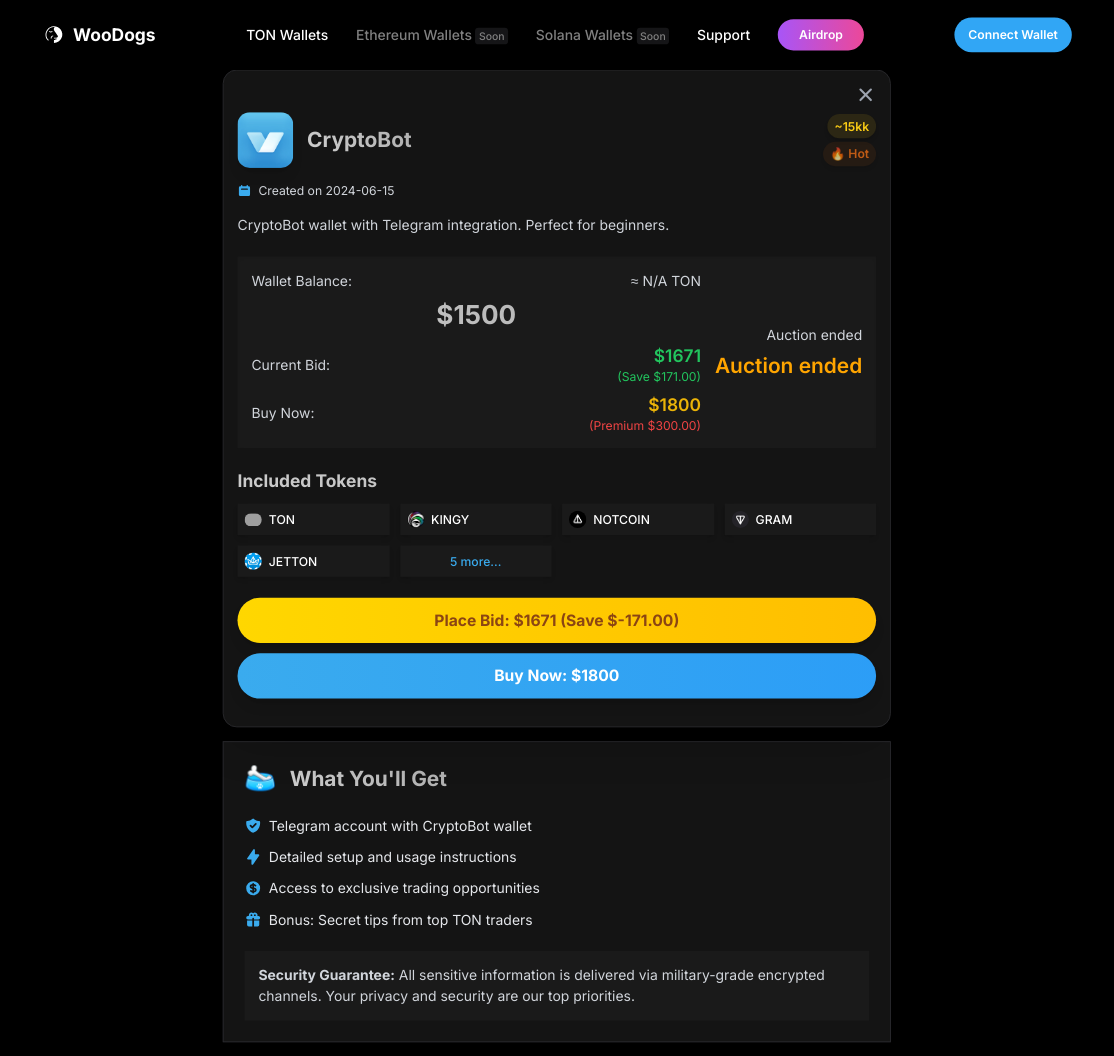
Repository: itititi/woofdogs_off
Page: /wallet/cryptobot-1
An editor plug-in stored every save of this project. The page is shown before and after the next save, followed by the edit.
The browser window is 1280 px wide. The pictures show the whole page, at 87% of full size.
Pictures or frames that could not be fetched are drawn as grey boxes. The page's requests for data from a server got no answer. The project was rebuilt for these pictures with package versions that can differ from the ones it lists, and the page was loaded fresh each time. The framework's server and built-in components were replaced by stand-ins that run in the browser. No one was signed in, and anything a server would have sent is missing. Also part of the build but not shown: next.config.mjs.

Above is the page before, as saved 2024-10-25 22:43:40.

After the next save:
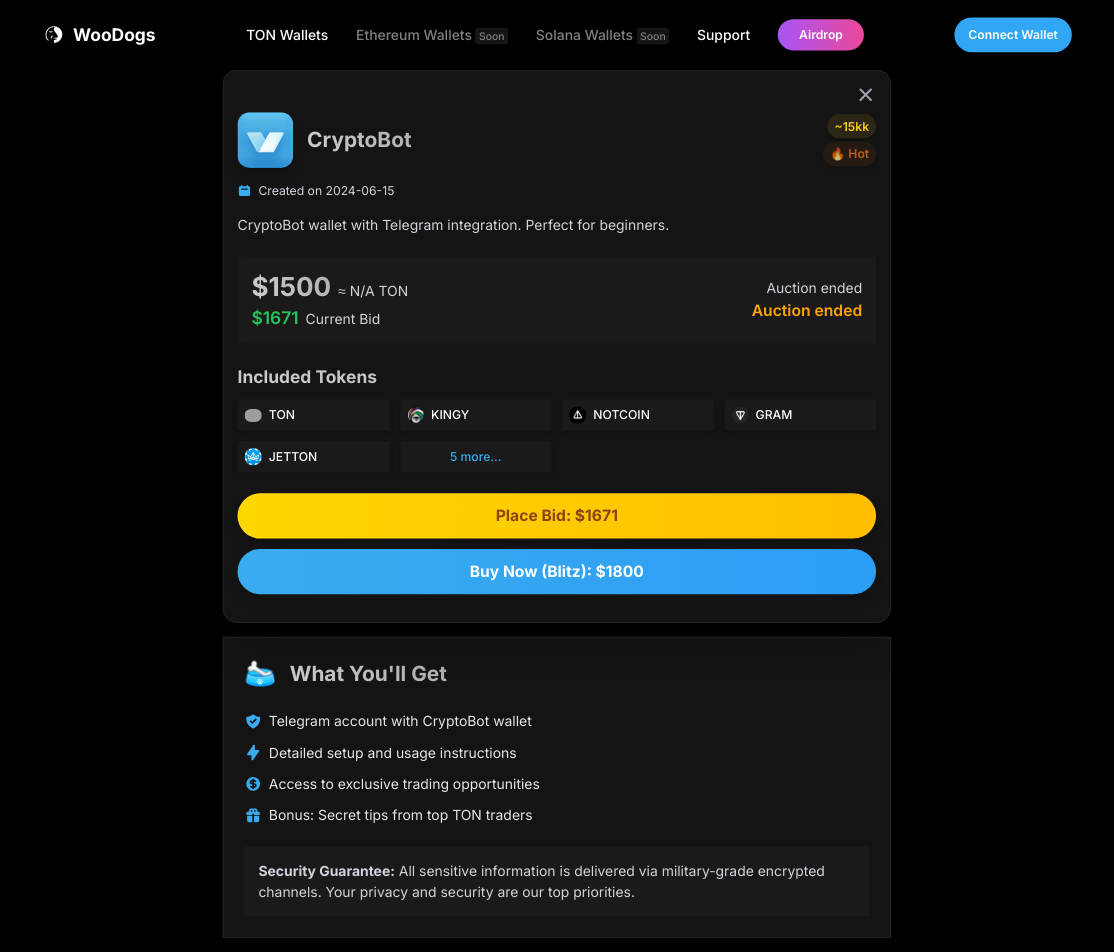
Saved 40 s later.
--- a/src/app/wallet/[id]/page.tsx
+++ b/src/app/wallet/[id]/page.tsx
@@ -182,43 +182,26 @@
 
             <p className="text-gray-300 text-base mb-6 leading-relaxed">{wallet.description}</p>
 
-            <div className="flex flex-col sm:flex-row sm:justify-between sm:items-stretch mb-6 bg-[#1A1A1A] p-4 rounded-lg shadow-inner">
-              <div className="mb-2 sm:mb-0 flex-1">
-                <div className="flex justify-between mb-2">
-                  <span className="text-sm sm:text-base text-gray-300">Wallet Balance:</span>
-                  <span className="text-sm sm:text-base text-gray-300">≈ {tonAmount} TON</span>
+            <div className="flex flex-col sm:flex-row sm:justify-between sm:items-center mb-6 bg-[#1A1A1A] p-4 rounded-lg shadow-inner">
+              <div className="mb-2 sm:mb-0">
+                <div>
+                  <span className="text-2xl sm:text-3xl font-bold titanium-gradient">${wallet.priceUSD}</span>
+                  <span className="text-sm sm:text-base text-gray-300 ml-2">
+                    ≈ {tonAmount} TON
+                  </span>
                 </div>
-                <div className="text-2xl sm:text-3xl font-bold titanium-gradient text-center mb-4">
-                  ${wallet.priceUSD}
+                <div className="mt-1">
+                  <span className="text-lg sm:text-xl font-semibold text-green-500">${bidPrice}</span>
+                  <span className="text-sm sm:text-base text-gray-300 ml-2">
+                    Current Bid
+                  </span>
                 </div>
-                <div className="flex justify-between items-center mb-2">
-                  <span className="text-sm sm:text-base text-gray-300">Current Bid:</span>
-                  <div className="text-right">
-                    <span className="text-lg sm:text-xl font-semibold text-green-500">${bidPrice ?? 'N/A'}</span>
-                    {bidPrice !== null && wallet && (
-                      <div className="text-sm text-green-500">
-                        (Save ${(bidPrice - wallet.priceUSD).toFixed(2)})
-                      </div>
-                    )}
-                  </div>
-                </div>
-                <div className="flex justify-between items-center">
-                  <span className="text-sm sm:text-base text-gray-300">Buy Now:</span>
-                  <div className="text-right">
-                    <span className="text-lg sm:text-xl font-semibold text-yellow-500">${blitzPrice ?? 'N/A'}</span>
-                    {blitzPrice !== null && wallet && (
-                      <div className="text-sm text-red-500">
-                        (Premium ${(blitzPrice - wallet.priceUSD).toFixed(2)})
-                      </div>
-                    )}
-                  </div>
-                </div>
-              </div>
-              <div className="flex flex-col items-center sm:items-end sm:ml-4 mt-4 sm:mt-0 justify-center">
+              </div>
+              <div className="flex flex-col items-start sm:items-end">
                 <span className="text-gray-300 text-sm sm:text-base">
                   {isAuctionEnded ? 'Auction ended' : 'Auction ends in:'}
                 </span>
-                <span className="font-semibold text-xl sm:text-2xl text-[#FFA500] mt-2">
+                <span className="font-semibold text-base sm:text-lg text-[#FFA500]">
                   {timeLeft}
                 </span>
               </div>
@@ -252,12 +235,12 @@
               <button
                 className="w-full bg-gradient-to-r from-[#FFD700] to-[#FFA500] text-[#8B4513] text-lg font-bold py-3 px-6 rounded-full hover:brightness-110 transition-all duration-300 shadow-lg hover:shadow-xl"
               >
-                Place Bid: ${bidPrice ?? 'N/A'} {bidPrice !== null && wallet && `(Save $${(wallet.priceUSD - bidPrice).toFixed(2)})`}
+                Place Bid: ${bidPrice}
               </button>
               <button
                 className="w-full bg-gradient-to-r from-[#3AABEE] to-[#1E90FF] text-white text-lg font-bold py-3 px-6 rounded-full hover:brightness-110 transition-all duration-300 shadow-lg hover:shadow-xl"
               >
-                Buy Now: ${blitzPrice ?? 'N/A'}
+                Buy Now (Blitz): ${blitzPrice}
               </button>
             </div>
           </div>
